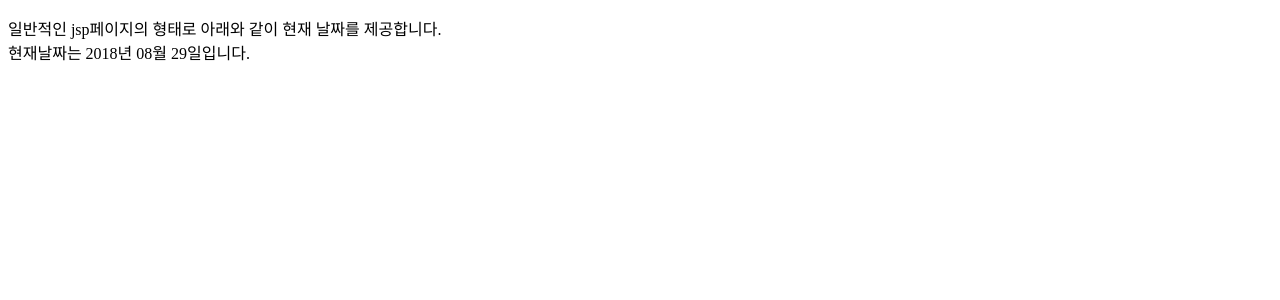
Repository: Tak-kuen/18-2
Page: http://localhost/studyjsp/Time.jsp
The author's editor kept a copy of each file at every save. The page is drawn from the files as they stood at one save, then again after the next save.
The browser window is 1280 px wide. The pictures show the whole page.
The page is served by Tomcat 9. Other server files are loaded and not shown.

Above is the page before, as saved 2018-08-30 00:38:28.

### code/studyjsp/WebContent/Time.jsp
<%@ page language="java" contentType="text/html; charset=UTF-8"
    pageEncoding="UTF-8"%>
<%@ page import = "java.util.Date, java.text.SimpleDateFormat" %>
<!DOCTYPE html>
<html>
<head>
<meta charset="UTF-8">
<title>동적인 부분</title>
</head>
<body>
<%
	Date nowDate = new Date();

	SimpleDateFormat dateFormat = new SimpleDateFormat("yyyy년 MM월 dd일");

	String formatDate = dateFormat.format(nowDate);
%>

	<p> 일반적인 jsp페이지의 형태로 아래와 같이 현재 날짜를 제공합니다.<br/>
	현재날짜는 <%= formatDate %>입니다.</p>

</body>
</html>

After the next save:
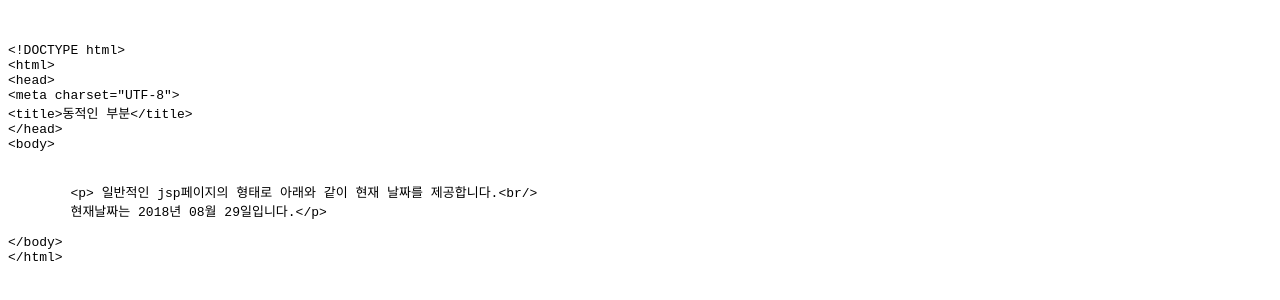
Saved 29 min 0 s later.
--- a/code/studyjsp/WebContent/Time.jsp
+++ b/code/studyjsp/WebContent/Time.jsp
@@ -1,4 +1,4 @@
-<%@ page language="java" contentType="text/html; charset=UTF-8"
+<%@ page language="java" contentType="text/plain; charset=UTF-8"
     pageEncoding="UTF-8"%>
 <%@ page import = "java.util.Date, java.text.SimpleDateFormat" %>
 <!DOCTYPE html>

After the save that followed:
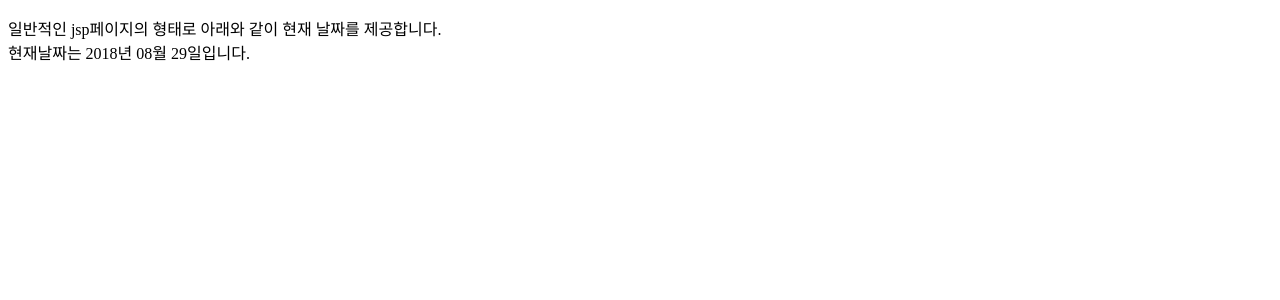
Saved 70 s later.
--- a/code/studyjsp/WebContent/Time.jsp
+++ b/code/studyjsp/WebContent/Time.jsp
@@ -1,4 +1,4 @@
-<%@ page language="java" contentType="text/plain; charset=UTF-8"
+<%@ page language="java" contentType="text/html; charset=UTF-8"
     pageEncoding="UTF-8"%>
 <%@ page import = "java.util.Date, java.text.SimpleDateFormat" %>
 <!DOCTYPE html>
